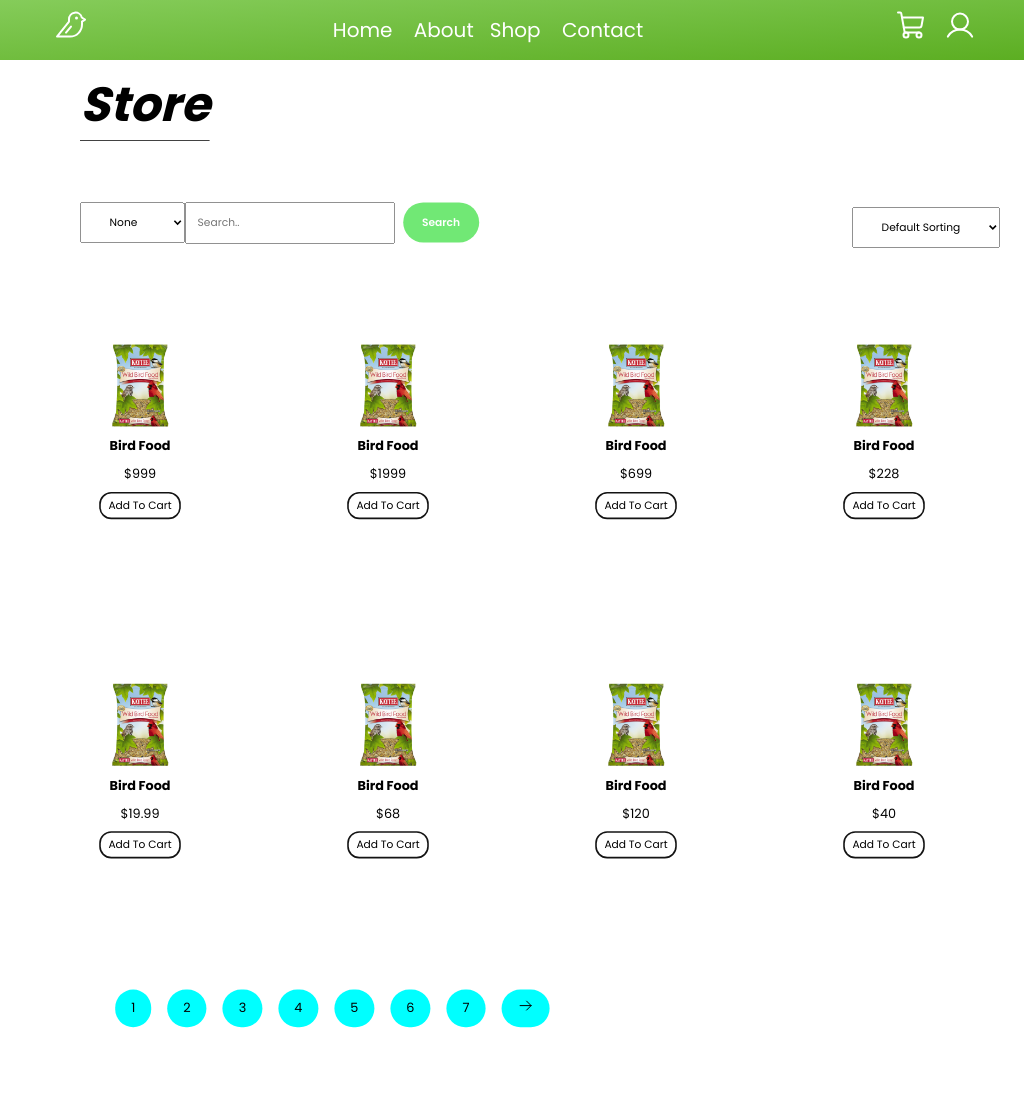
Repository: Vuhainam64/SWP391
Page: / (app in React/swp391-app/)
The author's editor kept a copy of each file at every save. The page is drawn from the files as they stood at one save, then again after the next save.
The browser window is 1280 px wide. The pictures show the whole page, at 80% of full size.
The project was rebuilt for these pictures with package versions that can differ from the ones it lists, and the page was loaded fresh each time. Also part of the build but not shown: React/swp391-app/src/pages/register/register.jsx, React/swp391-app/src/pages/home/home.css, React/swp391-app/src/pages/home/home-product.jsx, React/swp391-app/src/pages/home/home.jsx, React/swp391-app/src/pages/about/about.jsx, React/swp391-app/src/pages/contact/contact.jsx, React/swp391-app/src/pages/cart/cart-item.jsx, React/swp391-app/src/pages/cart/cart.css and 2 more.

Above is the page before, as saved 2023-06-05 08:20:39.

After the next save:
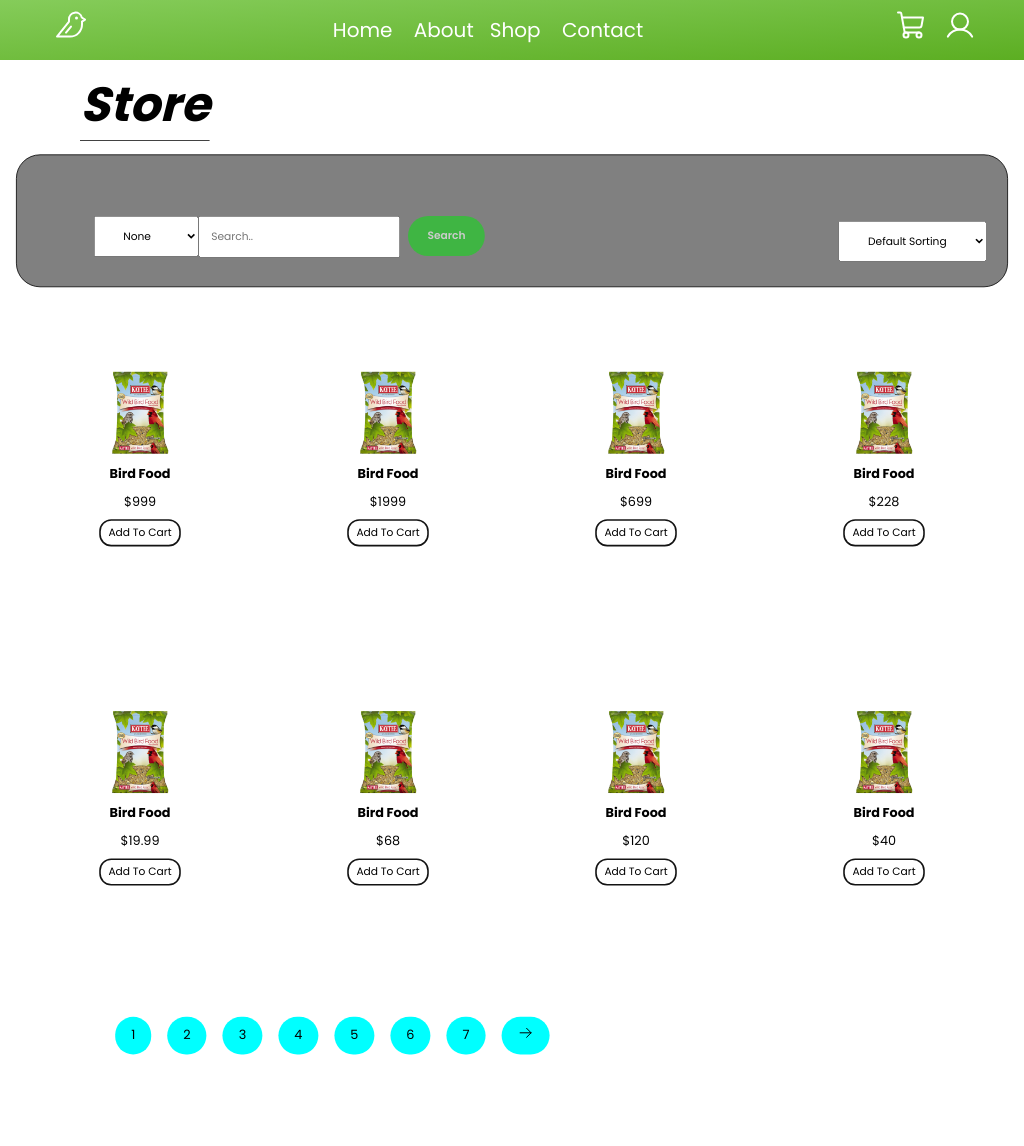
Saved 65 s later.
--- a/React/swp391-app/src/pages/shop/shop.css
+++ b/React/swp391-app/src/pages/shop/shop.css
@@ -111,6 +111,10 @@
     justify-content: center;
     align-items: center;
     margin-top: 10px;
+    padding: 16px;
+    border: 1px solid;
+    border-radius: 30px;
+    background-color: gray;
 }
 
 .sort-shop {
